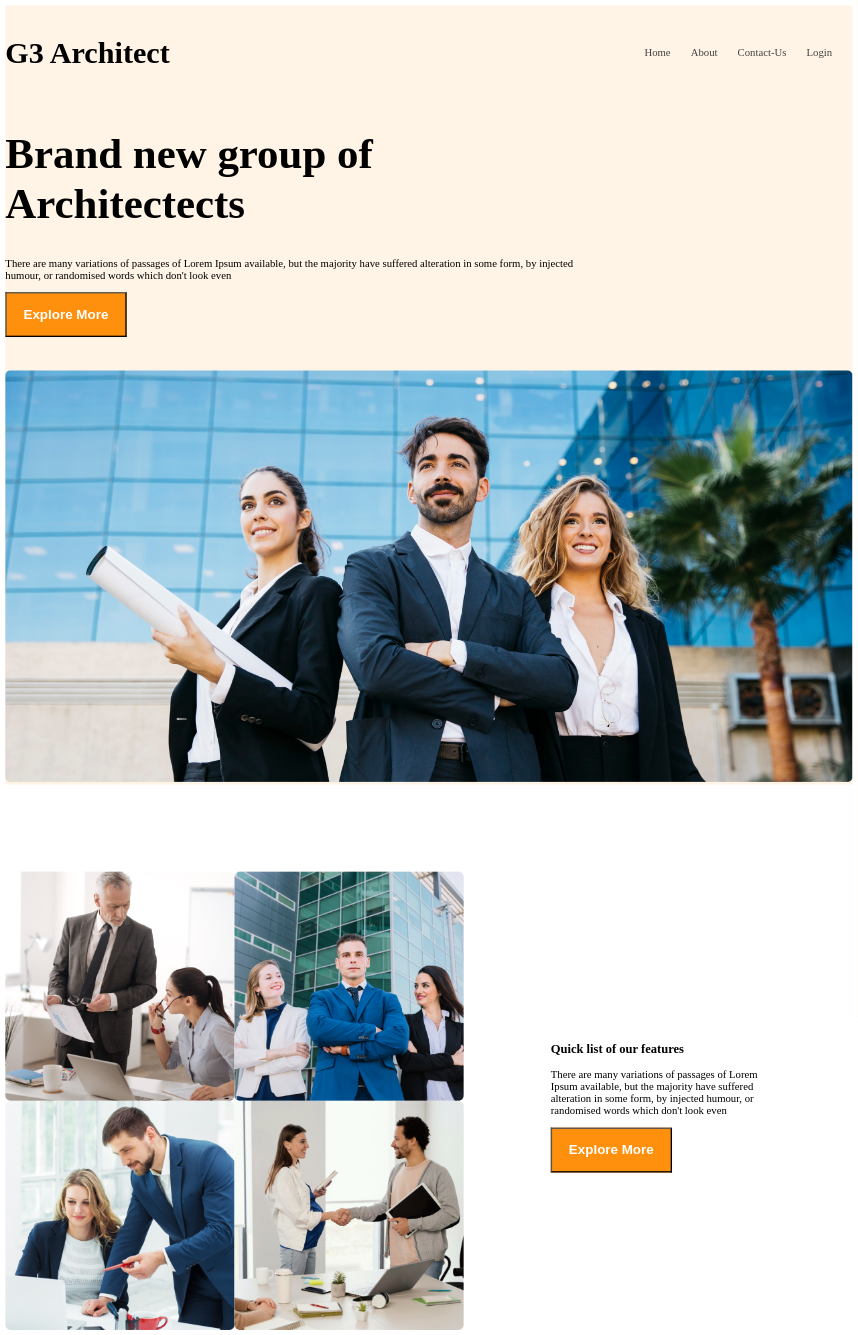
Repository: tanimtanzilislam/g3-architect-website
Page: index.html
An editor plug-in stored every save of this project. The page is shown before and after a run of saves, followed by the edit.
The browser window is 1280 px wide. The pictures show the whole page, at 67% of full size.

Above is the page before, as saved 2026-02-06 16:12:02.

After the next 2 saves:
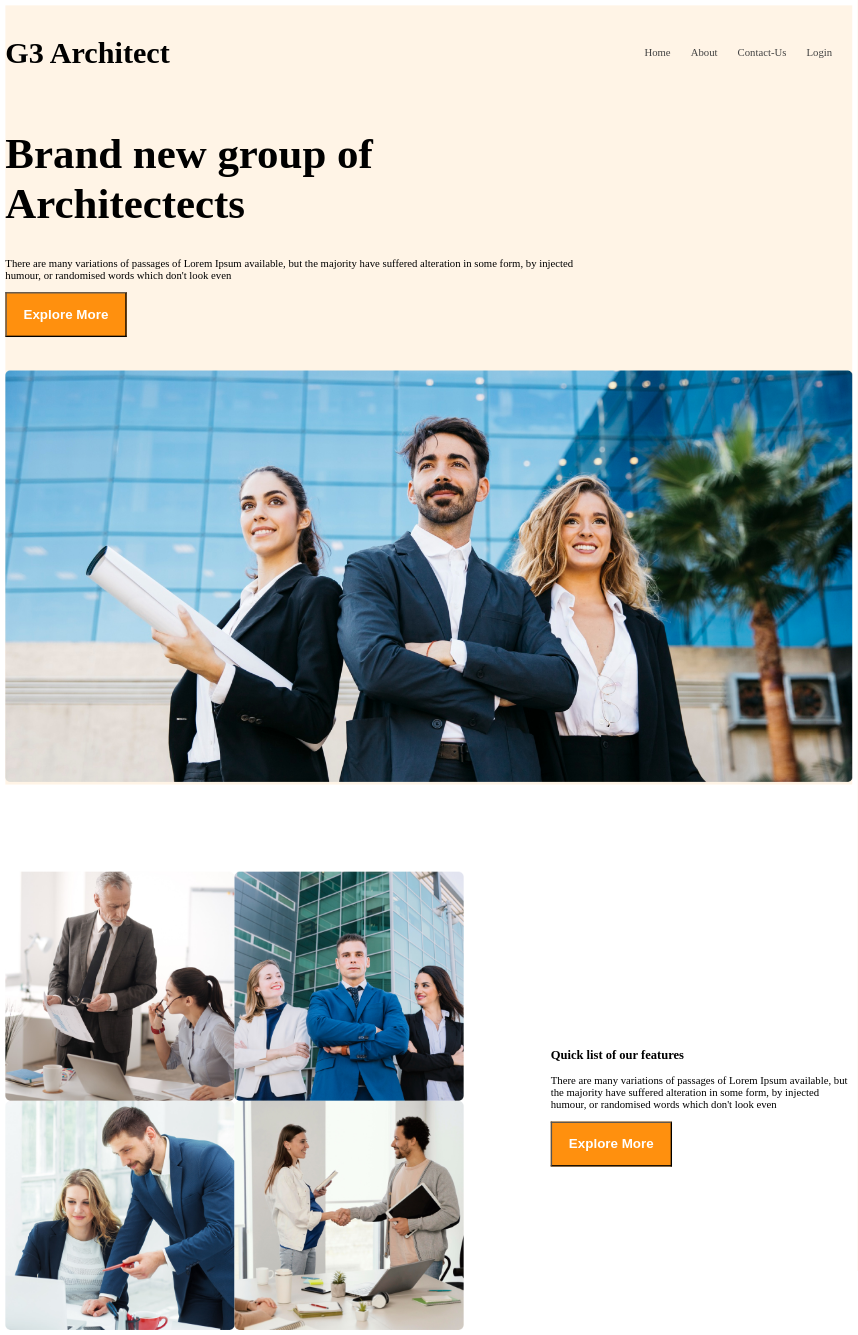
The 2 saves are shown as one change because they came seconds apart.
The last was saved 79 s later.
--- a/styles/styles.css
+++ b/styles/styles.css
@@ -95,7 +95,7 @@
 }
 
 .our-features{
-  padding: 130px;
+  margin-left: 130px;
 
 }
 
